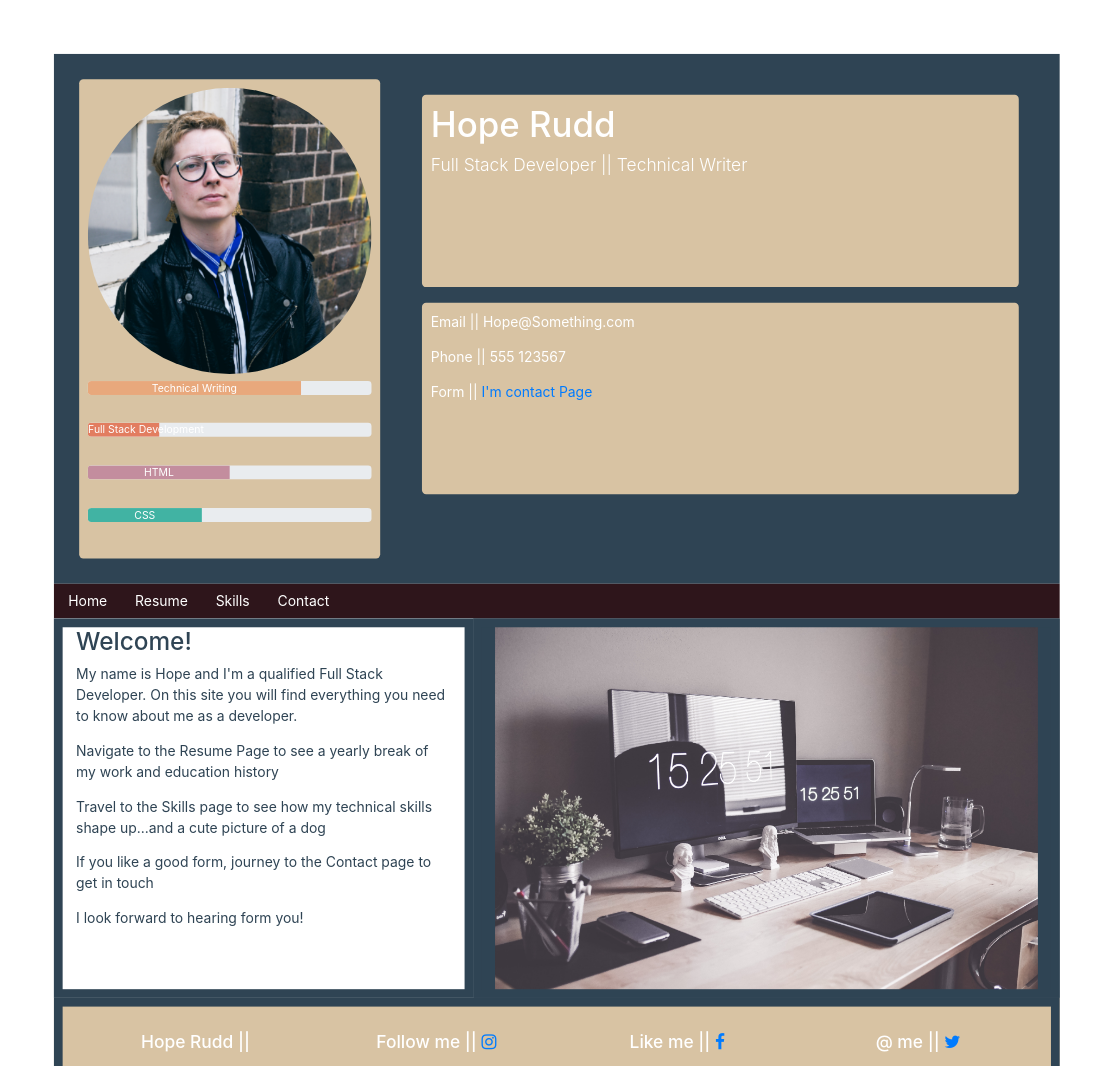
Repository: BleakTerrain/MilestoneProject-
Page: index.html
The author's editor kept a record of every edit. The page is drawn from the files as they stood at one moment, then again after the next edit.
The browser window is 1280 px wide. The pictures show the whole page, at 87% of full size.
Some web libraries are served in a nearby version.

Above is the page before.

After the next edit:
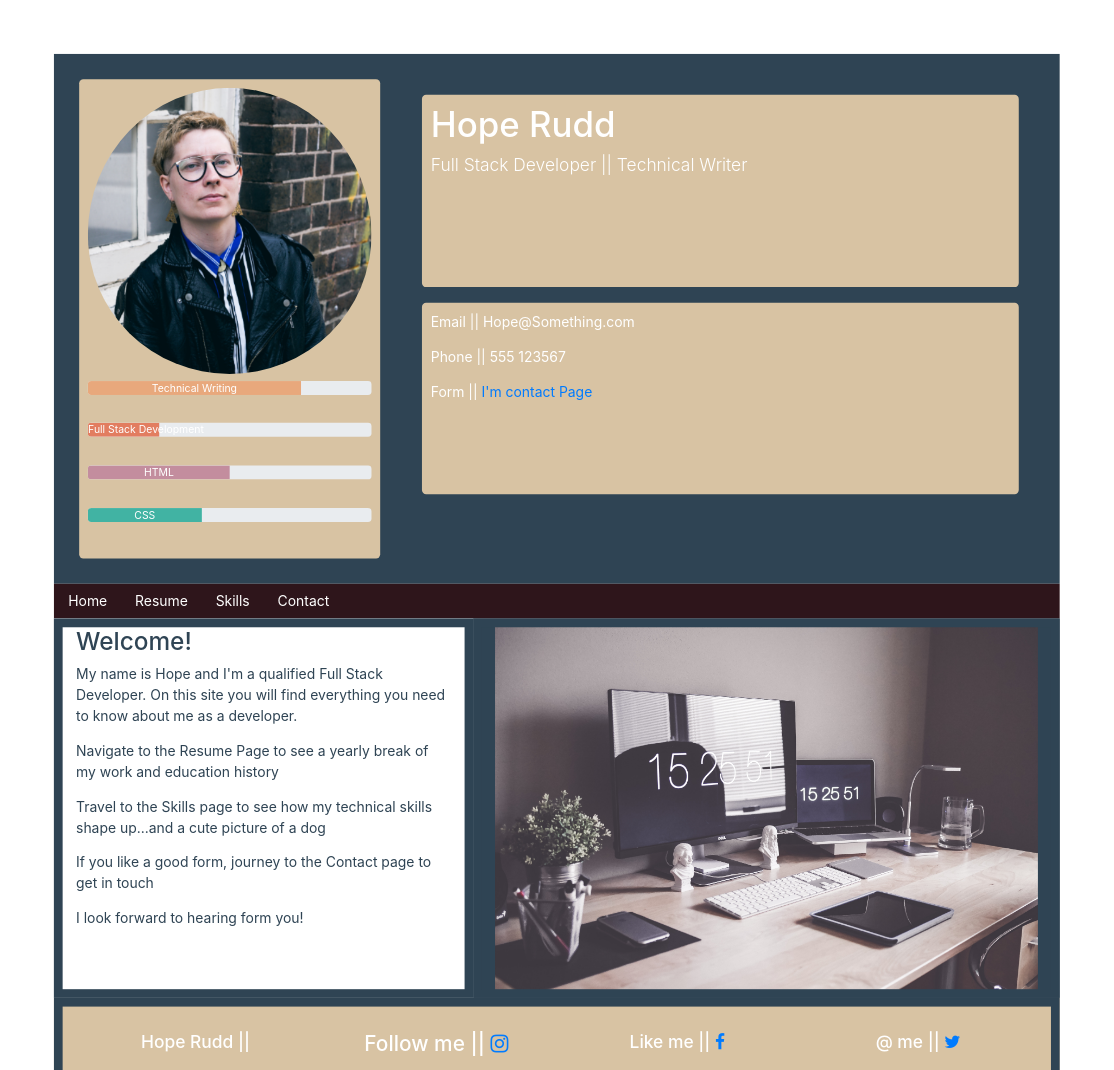
The edit:
--- a/index.html
+++ b/index.html
@@ -121,7 +121,7 @@
   <h5> Hope Rudd || </h5>
   </div>
   <div class="col-sm-3 footer-item">
-      <h5>Follow me || <a href = "#"> <i class="fa fa-instagram aria-hidden=true"></i></a></h5>
+      <h4>Follow me || <a href = "#"> <i class="fa fa-instagram aria-hidden=true"></i></a></h4>
   <span class = "sr-only">Instagram link</span>
   </div>
   <div class="col-sm-3 footer-item">
